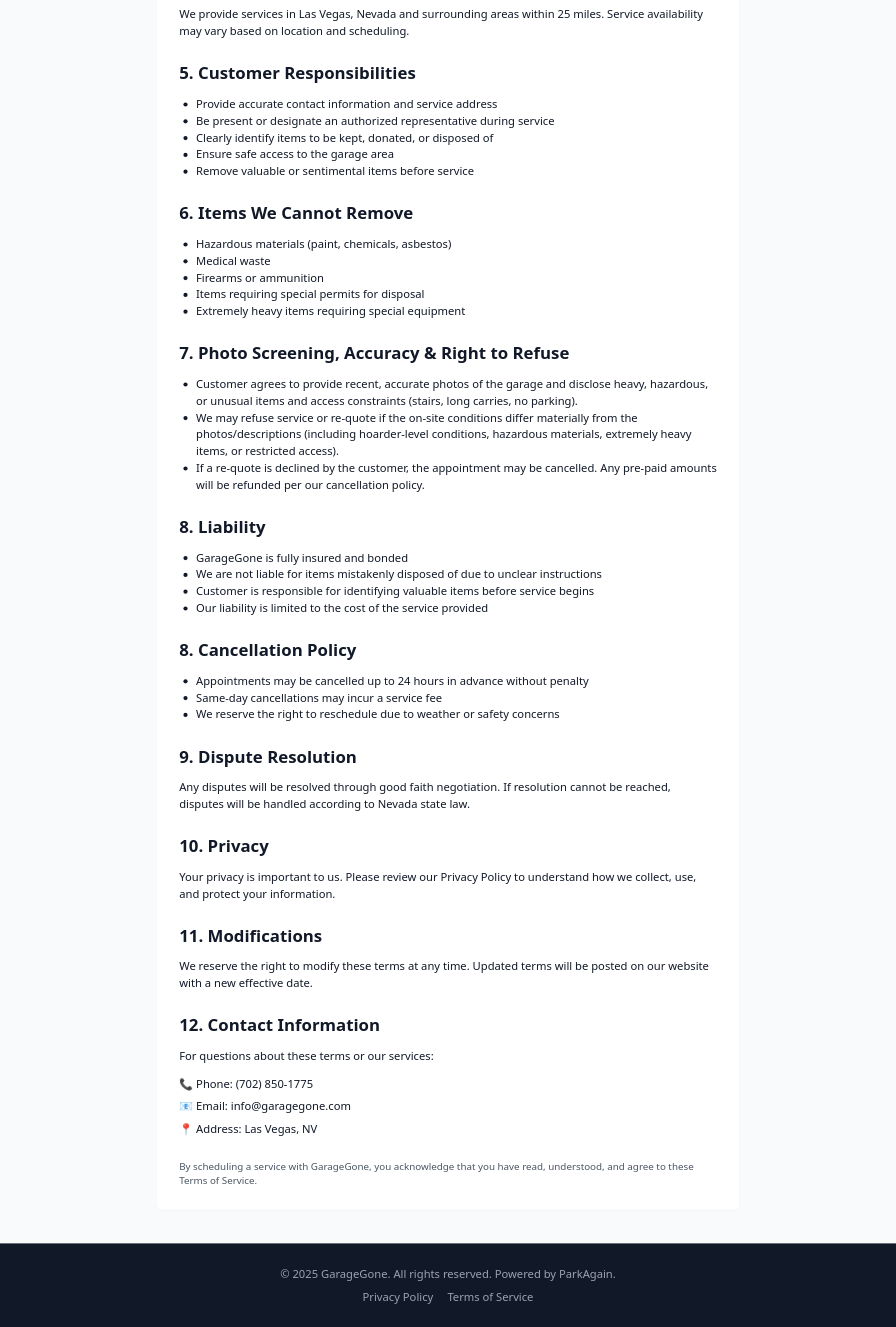
Repository: nikwhite1169/garagegone
Page: terms-of-service.html
The author's editor kept a copy of each file at every save. The page is drawn from the files as they stood at one save, then again after the next save.
The browser window is 1280 px wide. The pictures show the part of the page from y = 876 to 2796 px (the page is 2772 px tall before and 2796 px after), at 70% of full size.
Some web libraries are served in a nearby version.

Above is the page before, as saved 2025-09-16 00:17:42.

After the next save:
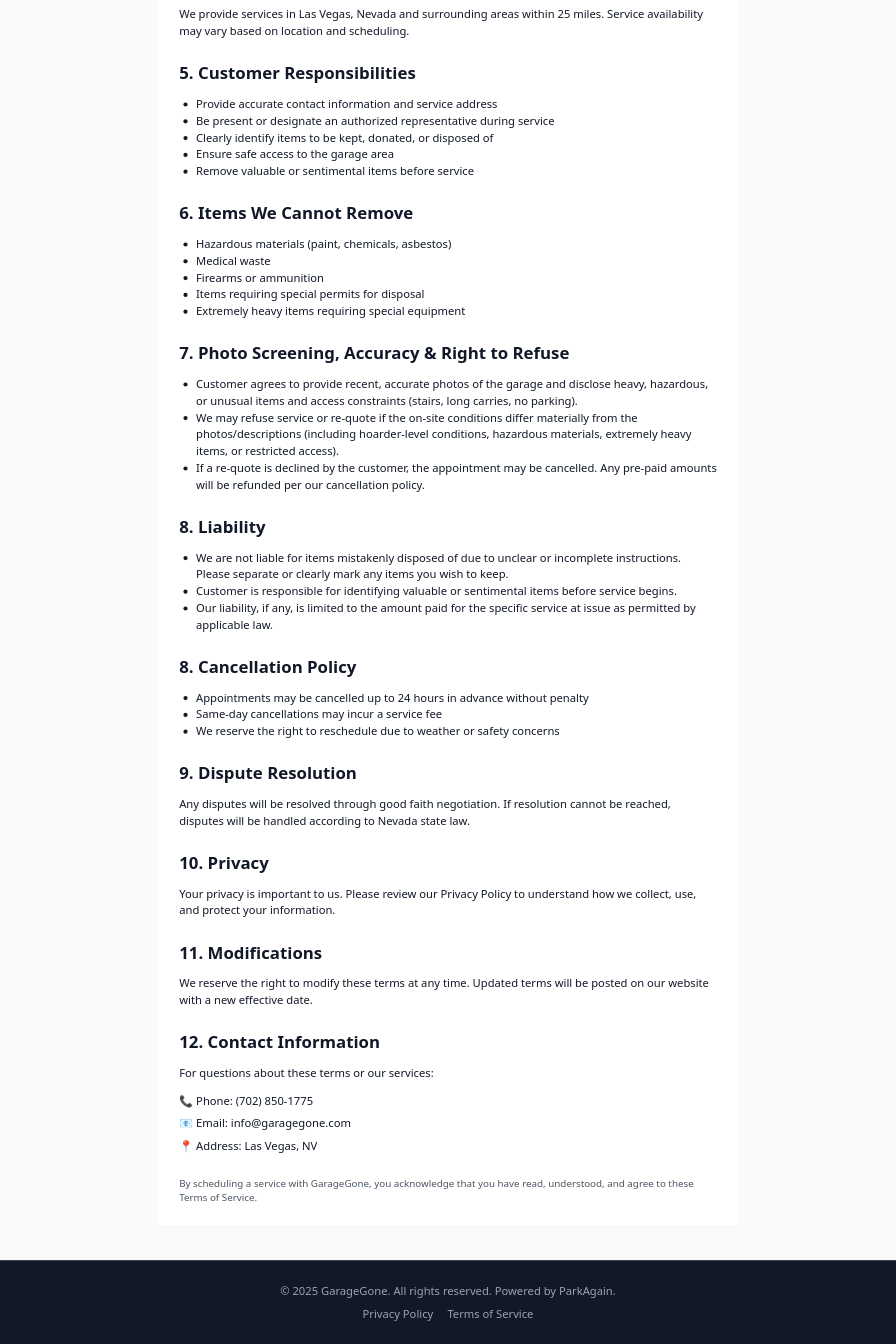
Saved 5 s later.
--- a/terms-of-service.html
+++ b/terms-of-service.html
@@ -107,10 +107,9 @@
 
                 <h2 class="text-2xl font-bold text-gray-900 mt-8 mb-4">8. Liability</h2>
                 <ul class="list-disc pl-6 mb-6">
-                    <li>GarageGone is fully insured and bonded</li>
-                    <li>We are not liable for items mistakenly disposed of due to unclear instructions</li>
-                    <li>Customer is responsible for identifying valuable items before service begins</li>
-                    <li>Our liability is limited to the cost of the service provided</li>
+                  <li>We are not liable for items mistakenly disposed of due to unclear or incomplete instructions. Please separate or clearly mark any items you wish to keep.</li>
+                  <li>Customer is responsible for identifying valuable or sentimental items before service begins.</li>
+                  <li>Our liability, if any, is limited to the amount paid for the specific service at issue as permitted by applicable law.</li>
                 </ul>
 
                 <h2 class="text-2xl font-bold text-gray-900 mt-8 mb-4">8. Cancellation Policy</h2>
